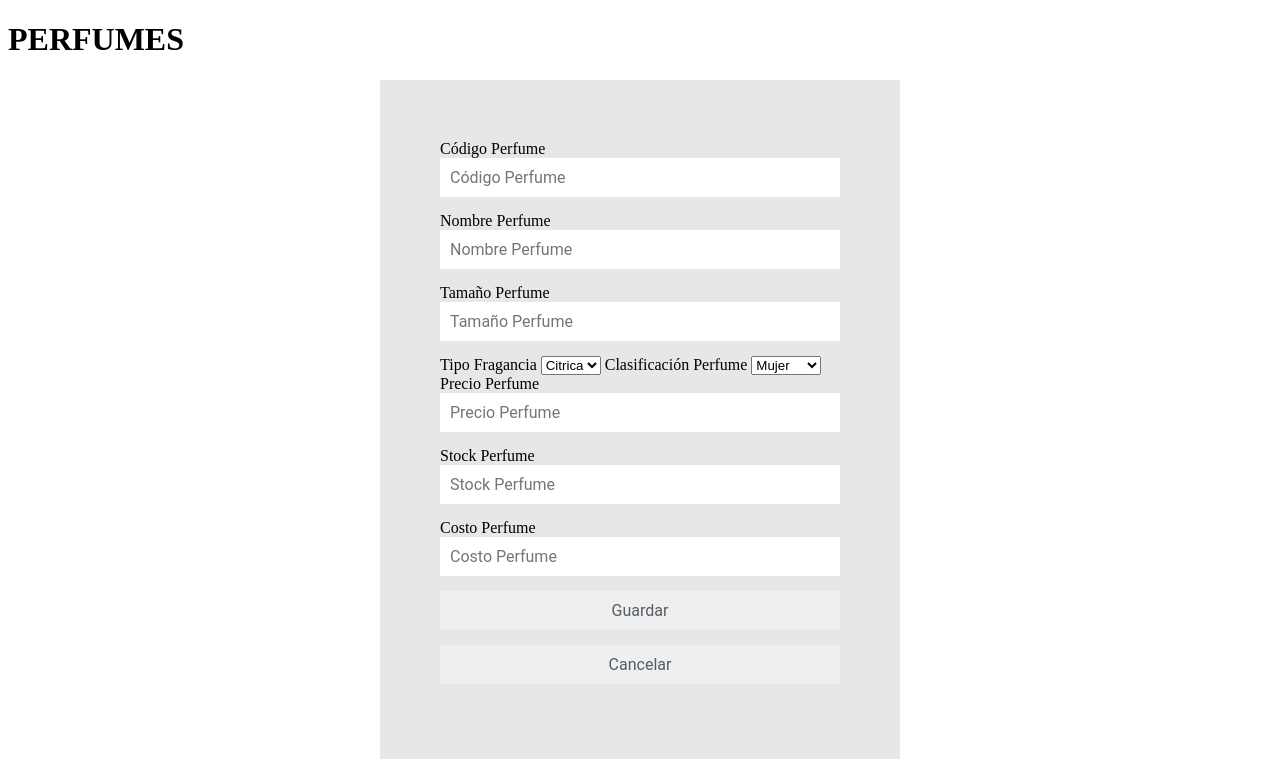
Repository: alejamorenovallejo/arosmile
Page: perfume.html
An editor plug-in stored every save of this project. The page is shown before and after the next save, followed by the edit.
The browser window is 1280 px wide. The pictures show the whole page.

Above is the page before, as saved 2021-09-12 02:13:28.
Not found: main.js

After the next save:
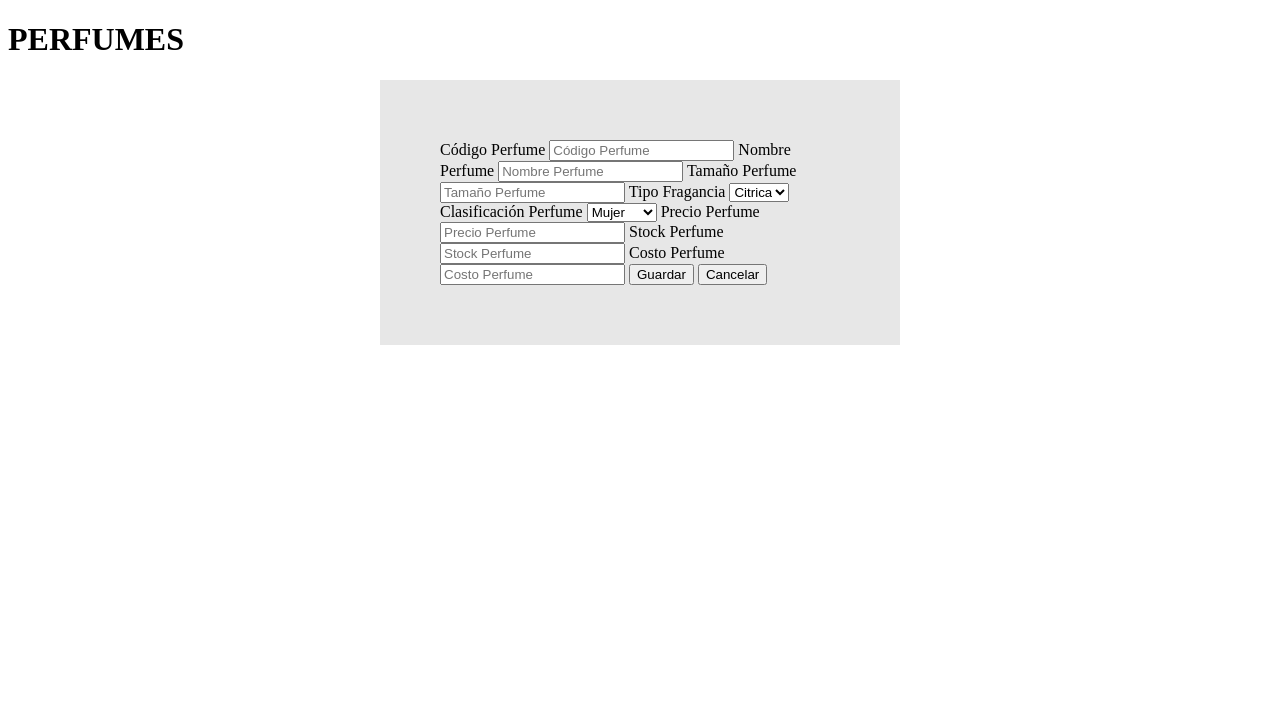
Saved 28 s later.
--- a/css/style.css
+++ b/css/style.css
@@ -4,30 +4,3 @@ form{
     background-color: #E7E7E7;
     margin: 0 auto;
   }
-
-  form input, form textarea{
-    margin-bottom: 15px;
-    font-family: "Roboto", sans-serif;
-    width: 100%;
-    padding: 10px;
-    -webkit-box-sizing: border-box;
-    box-sizing: border-box;
-    border: none;
-    color: #525c66;
-    font-size: 1em;
-    resize: horizontal;
-  }
-
-  form button {
-      display: block;
-      background-color: #0095eb;
-      padding: 10px 45px 10px 45px;
-      border: 0;
-      font-size: 1em;
-      color: 	white;
-    font-family: "Roboto", sans-serif;
-  }
-  form button: hover{
-      background-color: #046193;
-  }
-  textarea { resize: none; }
